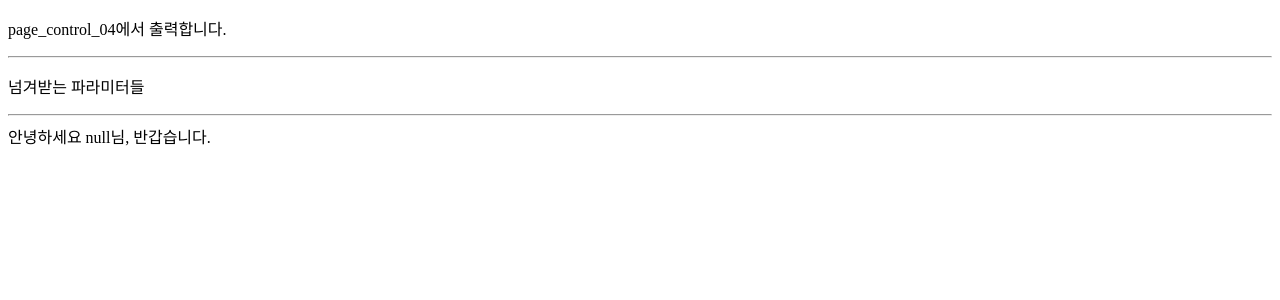
Repository: jpg723/Assignment
Page: http://localhost/LAB8_4/page_control_04.jsp
These files come from the project's save history. The page is drawn as it stood at one moment and after the next save; the edit follows.
The browser window is 1280 px wide. The pictures show the whole page.
The page is served by Tomcat 9.

Above is the page before, as saved 2021-10-29 17:16:44.

After the next save:
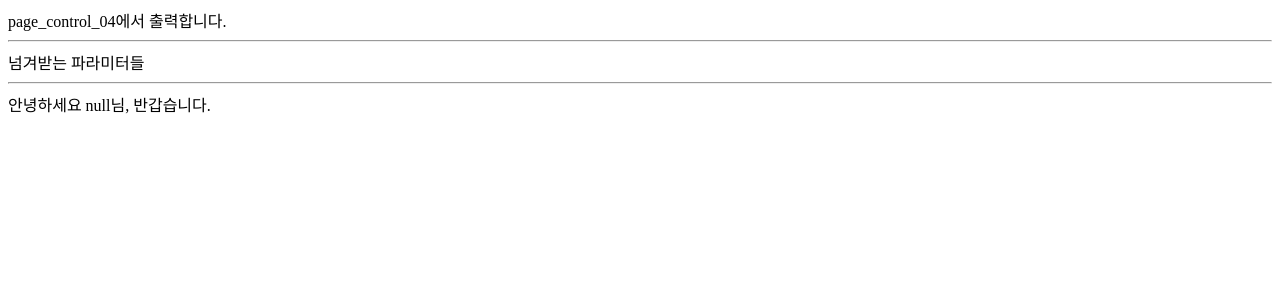
Saved 91 s later.
--- a/웹프로그래밍/LAB8_4/src/main/webapp/page_control_04.jsp
+++ b/웹프로그래밍/LAB8_4/src/main/webapp/page_control_04.jsp
@@ -9,10 +9,11 @@
 </head>
 <body>
 <div>
-	<p>page_control_04에서 출력합니다.</p>
-	<hr>
-	<p>넘겨받는 파라미터들</p>
 	<%
+		out.println("page_control_04에서 출력합니다.");
+		out.println("<hr>");
+		out.println("넘겨받는 파라미터들");
+
 		Enumeration<String> e = request.getParameterNames();
 
 		while (e.hasMoreElements()) {
